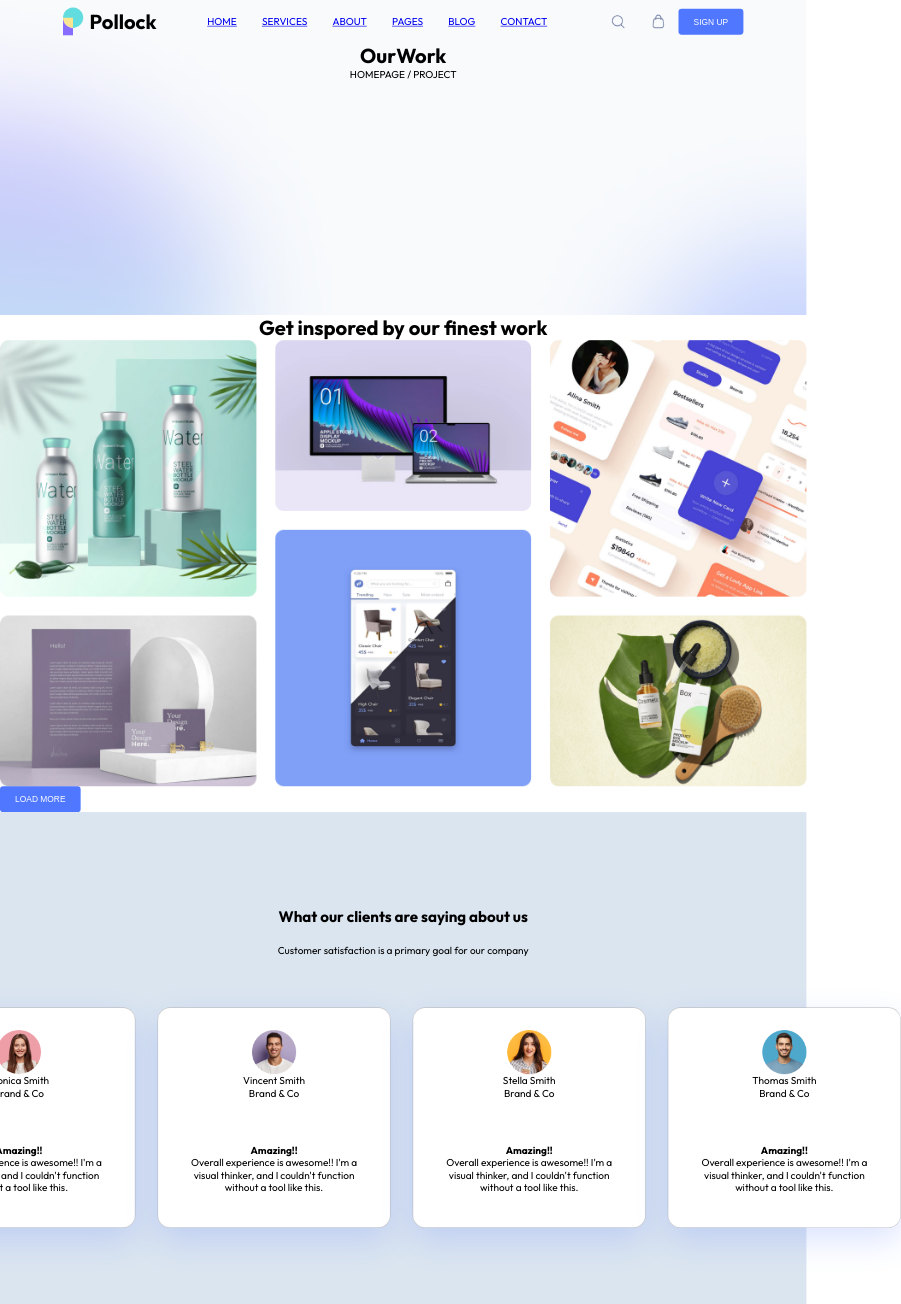
Repository: Nam936/exercises
Page: index.html
These files come from the project's save history. The page is drawn as it stood at one moment and after the next save; the edit follows.
The browser window is 1280 px wide. The page is 1430 px wide, so the pictures cover 1430 px, including what lies to the right of the window. The pictures show the whole page, at 63% of full size.

Above is the page before, as saved 2022-12-30 14:16:04.

### index.html
<!DOCTYPE html>
<html lang="en">
<head>
    <meta charset="UTF-8">
    <meta http-equiv="X-UA-Compatible" content="IE=edge">
    <meta name="viewport" content="width=device-width, initial-scale=1.0">
    <title>Pollock</title>
    <link href="https://fonts.googleapis.com/css2?family=Outfit:wght@400;500;600;700&display=swap" rel="stylesheet">
    <link rel="stylesheet" href="style.css">
</head>
<body>
<div id="wrap">
    <div class="bg_header">
        <div class="container">
            <div class="header">
                <div class="menu_header">
                    <h1 class="logo">
                        <img src="/img/Frame_header.png" alt="logo">
                        <p class="txt_header">Pollock</p>
                    </h1>
                    <div class="lst_header">
                        <ul>
                            <li><a href="#">HOME</a></li>
                            <li><a href="#">SERVICES</a></li>
                            <li><a href="#">ABOUT</a></li>
                            <li><a href="#">PAGES</a></li>
                            <li><a href="#">BLOG</a></li>
                            <li><a href="#">CONTACT</a></li>
                        </ul>
                        </div>
                        <div class="icon_header">
                            <img class="search" src="/img/Iconex/Search_header.png" alt="">
                            <img class="cart" src="/img/Iconex/Bag_header.png" alt="">
                            <button>SIGN UP</button>
                        </div>
                    </div>
                </div>
                <div class="txt_ct">
                    <h1>OurWork</h1>
                    <p>HOMEPAGE / PROJECT</p>
                </div>
            </div>
        </div>
    </div>
    <div class="main">
        <div class="tit_main">
            <h1>Get inspored by our finest work</h1>
        </div>
            <div class="prod_main">
                <div class="prod_itm">
                    <img src="/img/main_img/1.png "alt="">
                    <img src="/img/main_img/2.png" alt="">
                </div>
                <div class="prod_itm">
                    <img src="/img/main_img/3.png" alt="">
                    <img src="/img/main_img/4.png" alt="">
                </div>
                <div class="prod_itm">
                    <img src="/img/main_img/5.png" alt="">
                    <img src="/img/main_img/6.png" alt="">
            </div>
        </div>
        <div class="button">
            <button>LOAD MORE</button>
        </div>



    <div class="member">
        <div class="head_mem">
            <div class="tit_mem">
                <h2>What our clients are saying about us</h2>
                <p>Customer satisfaction is a primary goal for our company</p>
            </div>
            <!-- <div class="scroll"></div> -->
        </div>
        <div class="slide">
            <div class="tag">
                <div class="tag_itm">
                    <div class="tag_avatar">
                        <div class="tag_cont">
                            <img src="/img/avatar/Avatar.png" alt="">
                            <div class="name_mem">
                                <span>Monica Smith</span>
                                <p>Brand & Co</p>
                            </div>
                        </div>
                    </div>
                    <div class="txt">
                        <strong>Amazing!!</strong>
                        <p>Overall experience is awesome!! I'm a visual thinker, and I couldn't function without a tool like this.</p>
                    </div>
                </div>
            </div>
            <div class="tag">
                <div class="itm">
                    <div class="tag_avatar">
                        <div class="tag_cont">
                            <img src="/img/avatar/Avatar2.png" alt="">
                            <div class="name_mem">
                                <span>Vincent Smith</span>
                                <p>Brand & Co</p>
                            </div>
                        </div>

                    </div>
                    <div class="txt">
                        <strong>Amazing!!</strong>
                        <p>Overall experience is awesome!! I'm a visual thinker, and I couldn't function without a tool like this.</p>
                    </div>
                </div>
            </div>
            <div class="tag">
                <div class="tag_itm">
                    <div class="tag_avatar">
                        <dv class="tag_cont">
                            <img src="/img/avatar/Avatar3.png" alt="">
                            <div class="name_mem">
                                <span>Stella Smith</span>
                                <p>Brand & Co</p>
                            </div>
                        </dv>
                    </div>
                    <div class="txt">
                        <strong>Amazing!!</strong>
                        <p>Overall experience is awesome!! I'm a visual thinker, and I couldn't function without a tool like this.</p>
                    </div>
                </div>
            </div>
            <div class="tag">
                <div class="tag_itm">
                    <div class="tag_avatar">
                        <div class="tag_cont">
                            <img src="/img/avatar/Avatar4.png" alt="">
                            <div class="name_mem">
                                <span>Thomas Smith</span>
                                <p>Brand & Co</p>
                            </div>
                        </div>
                    </div>
                    <div class="txt">
                        <strong>Amazing!!</strong>
                        <p>Overall experience is awesome!! I'm a visual thinker, and I couldn't function without a tool like this.</p>
                    </div>
                </div>
            </div>
        </div>
    </div>
    </div>

</div>
</body>
</html>

### style.css
* {
    margin: 0;
    padding: 0;
    box-sizing: border-box;
}
body{
    font-family: 'Outfit', sans-serif;
}

.bg_header{
    width: 100%;
    height: 500px;
    background-image: url(/img/Hero_background.png);
}
.container{
    max-width: 1170px;
    margin: 0px auto;
    padding: 0px 15px;
    width: 100%;
}
header{display: flex;}
.menu_header{display: flex;justify-content: space-around;align-items: center;}
.menu_header img{width: 32px; height: 44px;}
.logo {display: flex; align-items: center;}
.txt_header{padding-left: 10px;}
.lst_header ul{display: flex; list-style-type: none;}
.lst_header ul li{margin: 22px 20px;}

.icon_header{display: flex; align-items: center;}
.icon_header img{ width: 24px; height: 24px;}
.cart,.search{margin: 22px 20px;}
button{background-color:#4F77FF; border: 0px; border-radius: 5px; padding:13px 24px; color: #fff;}

.txt_ct{text-align: center;}


/* main_content */
.tit_main{text-align: center;}



/* .prod_main div{margin: 30px;} */

.prod_main{display:flex; gap: 30px;}
img{display: block; width: 100%;}
.prod_itm :first-child{margin-bottom: 30px;}

/* member style */
.member{background:#dbe5f0; width: 100%; height: 781px;}
.head_mem{margin-bottom: 80px;}
.tit_mem{text-align: center; padding-top: 120px;}
h2{margin: 30px;}

/*      */
.slide{display: grid; grid-template-columns: 375px 375px 375px 375px ; justify-content: center; gap: 30px;}
.tag{width: 370px; height: 350px; border: 1px solid rgba(0,0,0,0.2); border-radius: 20px; background: #fff;box-shadow: 0px 20px 50px rgba(79, 119, 255, 0.2); }
.tag_avatar img{ width: 70px; height: 70px; margin: auto;}
.tag_avatar{padding: 35px; text-align: center;}
.txt{padding: 35px; text-align: center;}

After the next save:
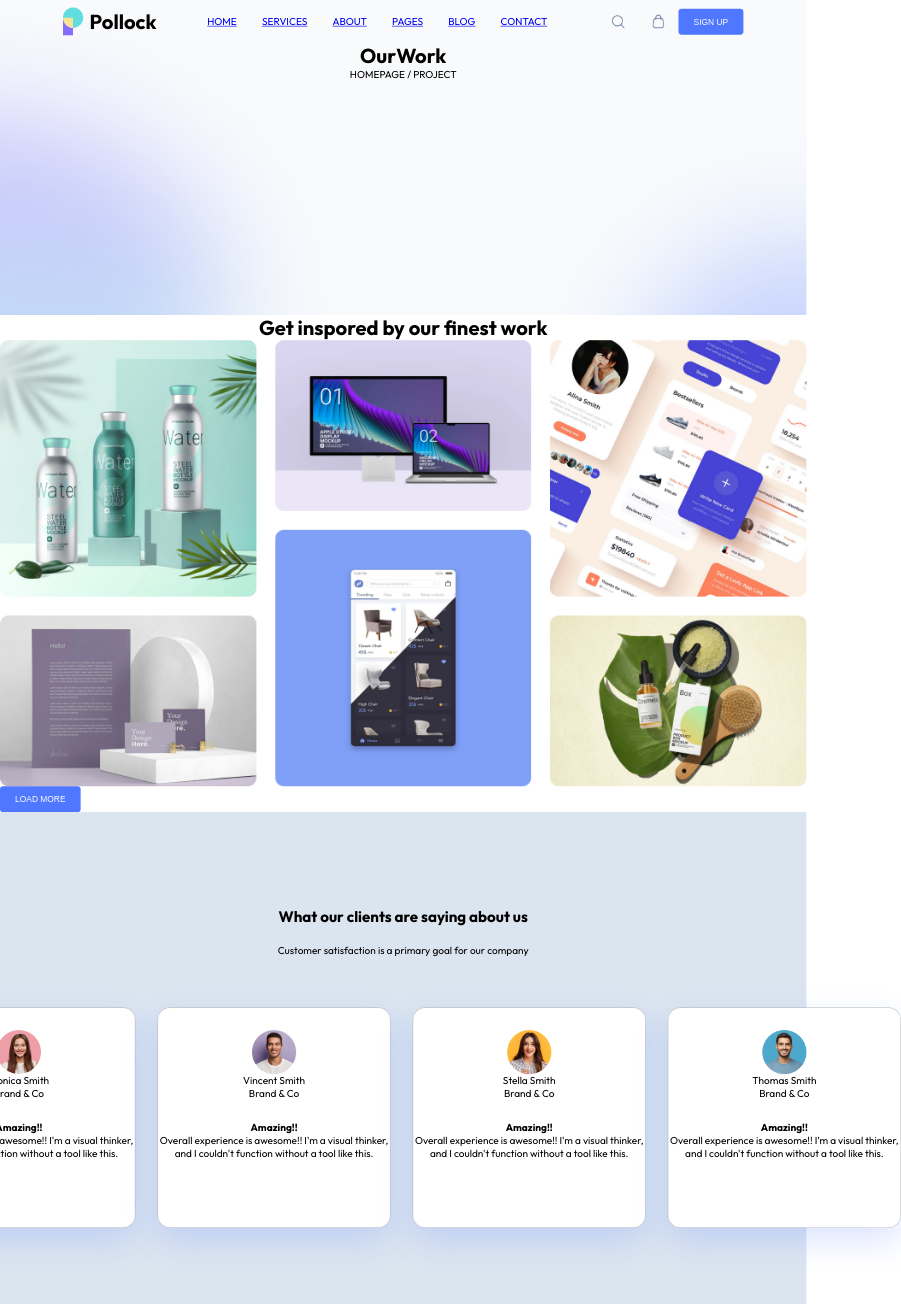
Saved 2 min 31 s later.
--- a/style.css
+++ b/style.css
@@ -56,4 +56,4 @@
 .tag{width: 370px; height: 350px; border: 1px solid rgba(0,0,0,0.2); border-radius: 20px; background: #fff;box-shadow: 0px 20px 50px rgba(79, 119, 255, 0.2); }
 .tag_avatar img{ width: 70px; height: 70px; margin: auto;}
 .tag_avatar{padding: 35px; text-align: center;}
-.txt{padding: 35px; text-align: center;}
+.txt{text-align: center;}

After the save that followed:
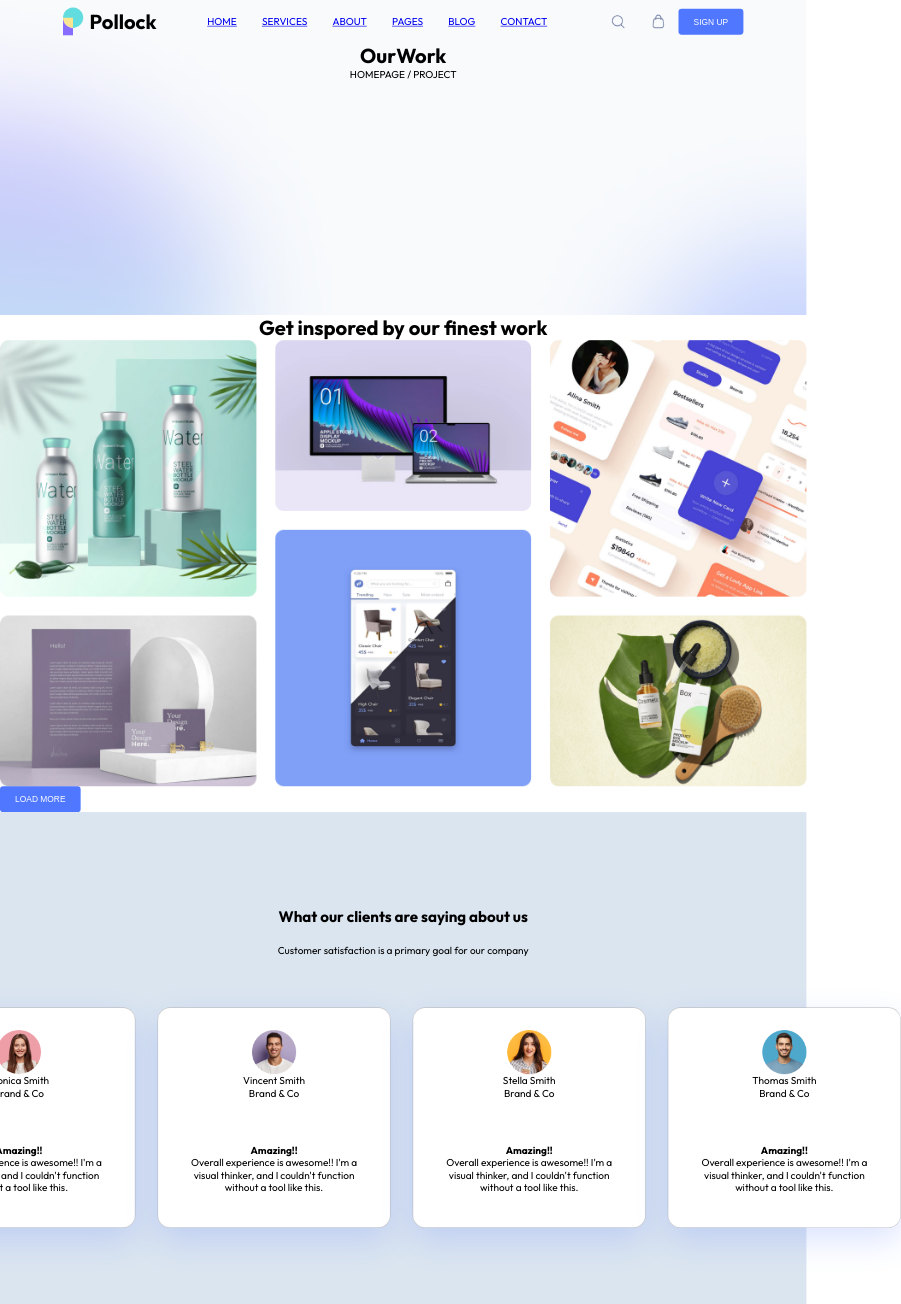
Saved 5 s later.
--- a/style.css
+++ b/style.css
@@ -56,4 +56,4 @@
 .tag{width: 370px; height: 350px; border: 1px solid rgba(0,0,0,0.2); border-radius: 20px; background: #fff;box-shadow: 0px 20px 50px rgba(79, 119, 255, 0.2); }
 .tag_avatar img{ width: 70px; height: 70px; margin: auto;}
 .tag_avatar{padding: 35px; text-align: center;}
-.txt{text-align: center;}
+.txt{padding: 35px; text-align: center;}
